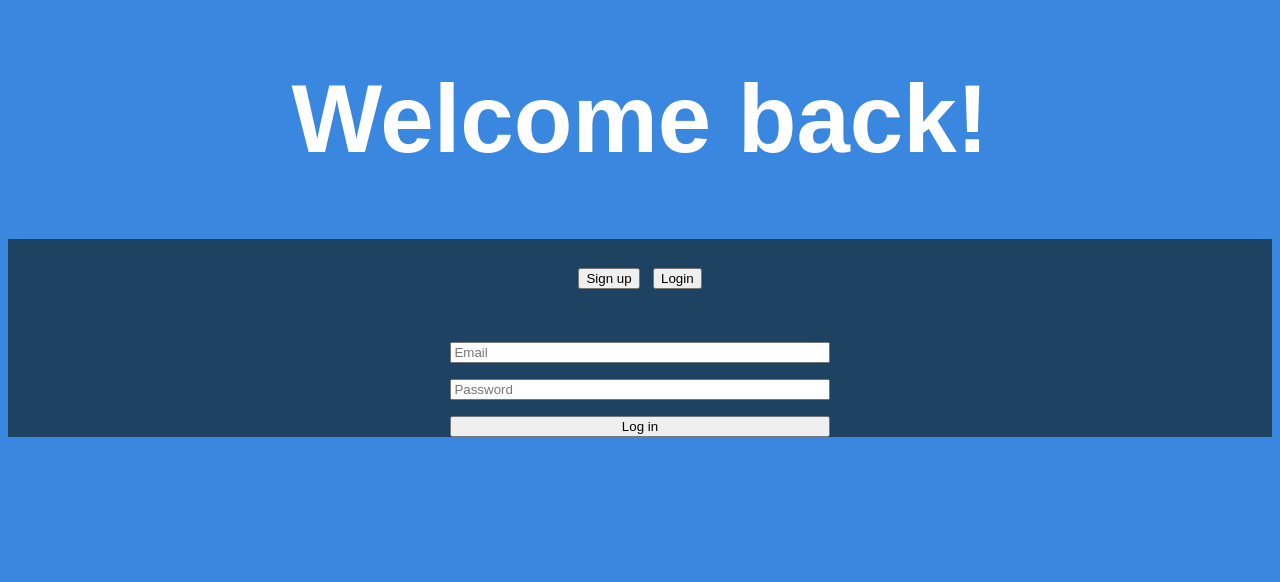
Repository: NicolasssCarlos/basic-flask-login
Page: http://localhost/
The author's editor kept a copy of each file at every save. The page is drawn from the files as they stood at one save, then again after the next save.
The browser window is 1280 px wide. The pictures show the whole page.
The page is served by the project's application, run on Flask 3 (app.py).

Above is the page before, as saved 2025-06-11 20:28:32.

After the next save:
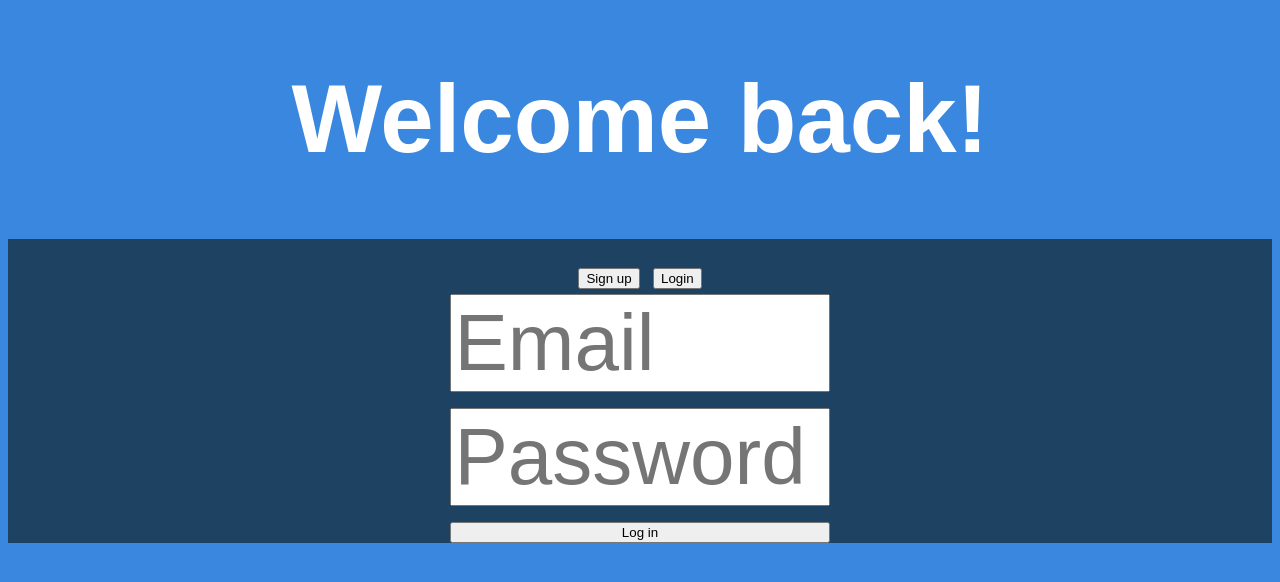
Saved 45 s later.
--- a/static/main.css
+++ b/static/main.css
@@ -61,8 +61,6 @@
 
 
 
-
-
     display: flex;
 
 
@@ -78,5 +76,12 @@
     margin: 0 auto;
 
 
-    padding-top: 3rem;
+
 }
+
+
+.inputs input {
+
+
+    font-size: 5rem;
+}
